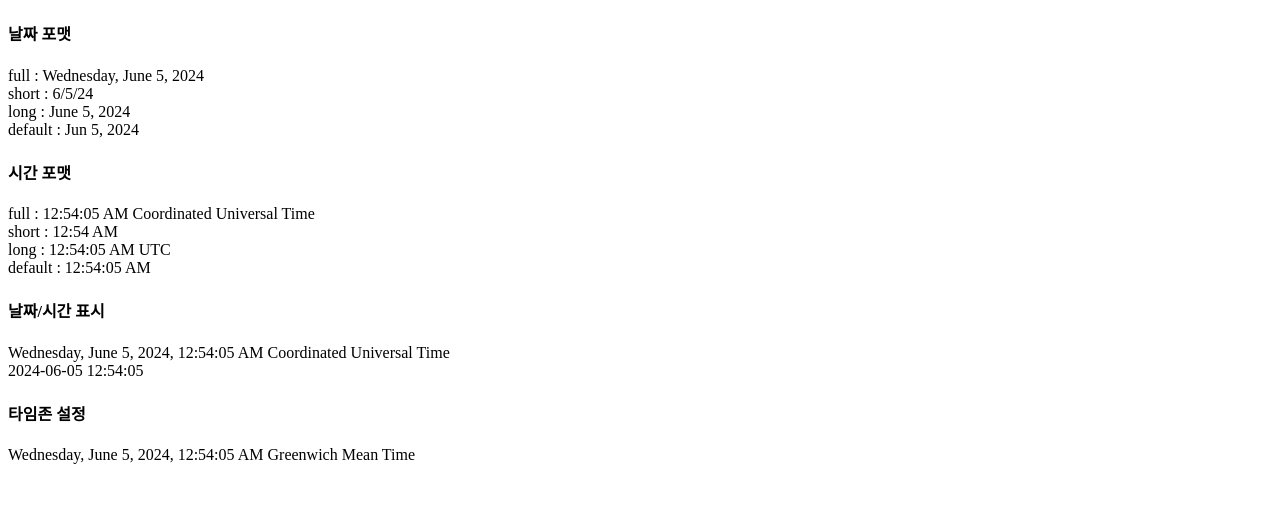
Repository: Park-Dongheon/Servlet-JSP_Training
Page: http://localhost/MustHaveJSP/11JSTL/etc/Fmt2.jsp
The author's editor kept a copy of each file at every save. The page is drawn from the files as they stood at one save, then again after the next save.
The browser window is 1280 px wide. The pictures show the whole page.
The page is served by Tomcat 10.

Above is the page before, as saved 2024-06-24 08:36:43.

After the next save:
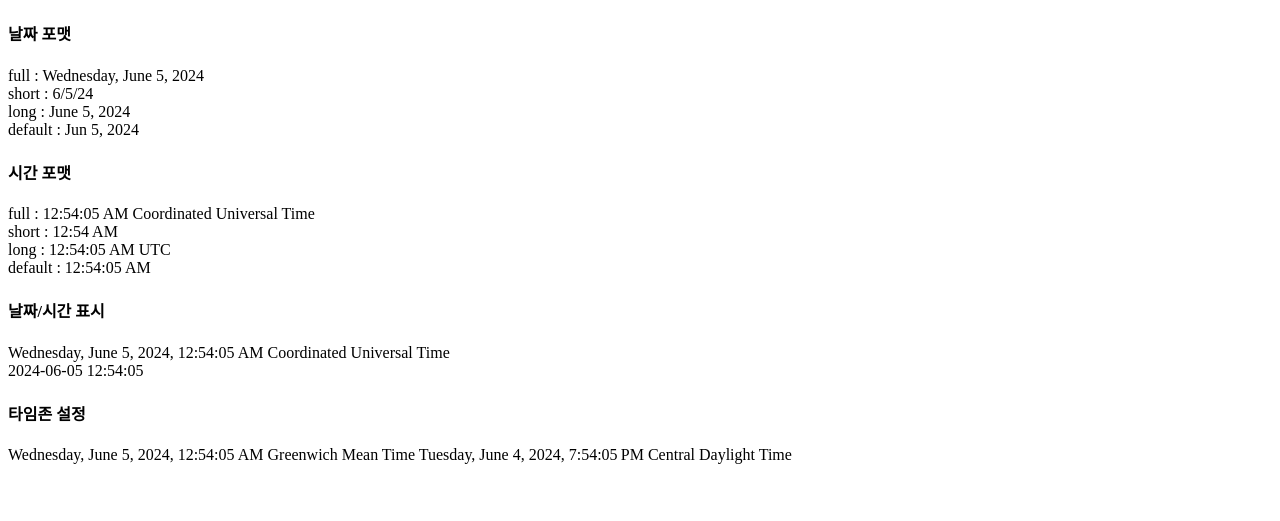
Saved 68 s later.
--- a/MustHaveJSP/src/main/webapp/11JSTL/etc/Fmt2.jsp
+++ b/MustHaveJSP/src/main/webapp/11JSTL/etc/Fmt2.jsp
@@ -32,5 +32,8 @@
 	<fmt:timeZone value="GMT">
 		<fmt:formatDate value="${ today }" type="both" dateStyle="full" timeStyle="full" />
 	</fmt:timeZone>
+	<fmt:timeZone value="America/Chicago">
+		<fmt:formatDate value="${ today }" type="both" dateStyle="full" timeStyle="full" />
+	</fmt:timeZone>
 </body>
 </html>

After the save that followed:
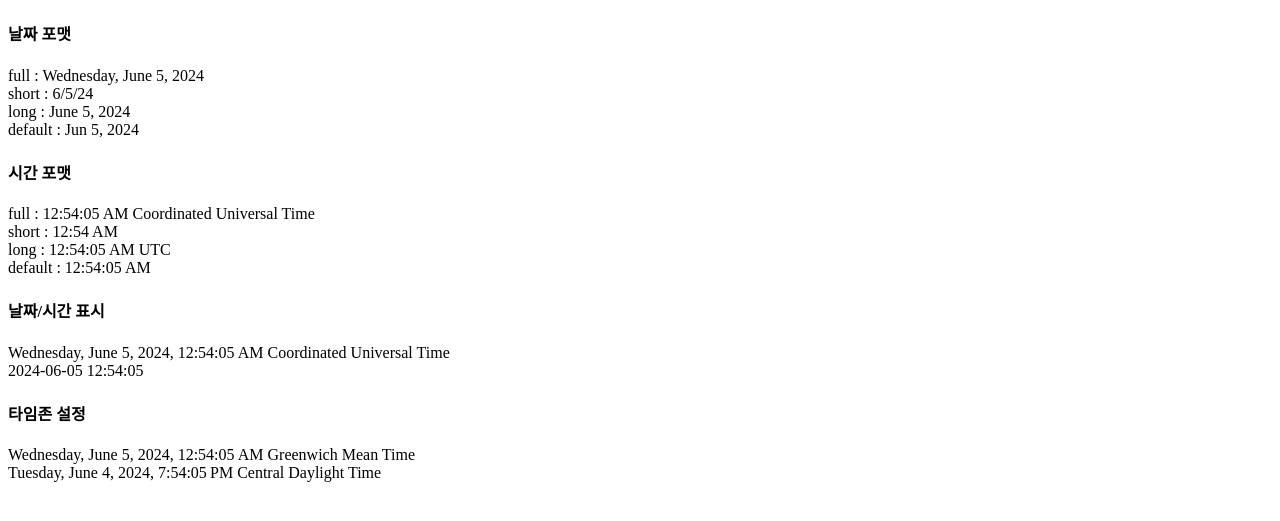
Saved 26 s later.
--- a/MustHaveJSP/src/main/webapp/11JSTL/etc/Fmt2.jsp
+++ b/MustHaveJSP/src/main/webapp/11JSTL/etc/Fmt2.jsp
@@ -31,6 +31,7 @@
 	<h4>타임존 설정</h4>
 	<fmt:timeZone value="GMT">
 		<fmt:formatDate value="${ today }" type="both" dateStyle="full" timeStyle="full" />
+		<br />
 	</fmt:timeZone>
 	<fmt:timeZone value="America/Chicago">
 		<fmt:formatDate value="${ today }" type="both" dateStyle="full" timeStyle="full" />
